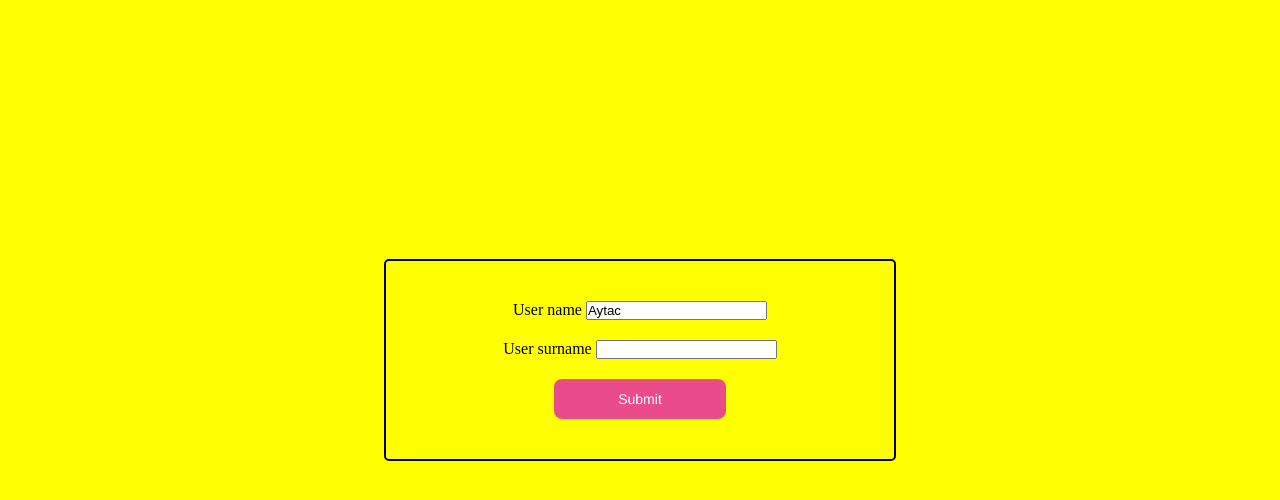
Repository: AytacSafarova/Figma--task
Page: index.html
The author's editor kept a copy of each file at every save. The page is drawn from the files as they stood at one save, then again after a run of saves.
The browser window is 1280 px wide. The pictures show the whole page.
The pointer rests on the first visible `input:first-child`.

Above is the page before, as saved 2023-08-04 15:49:03.

After the next 6 saves:
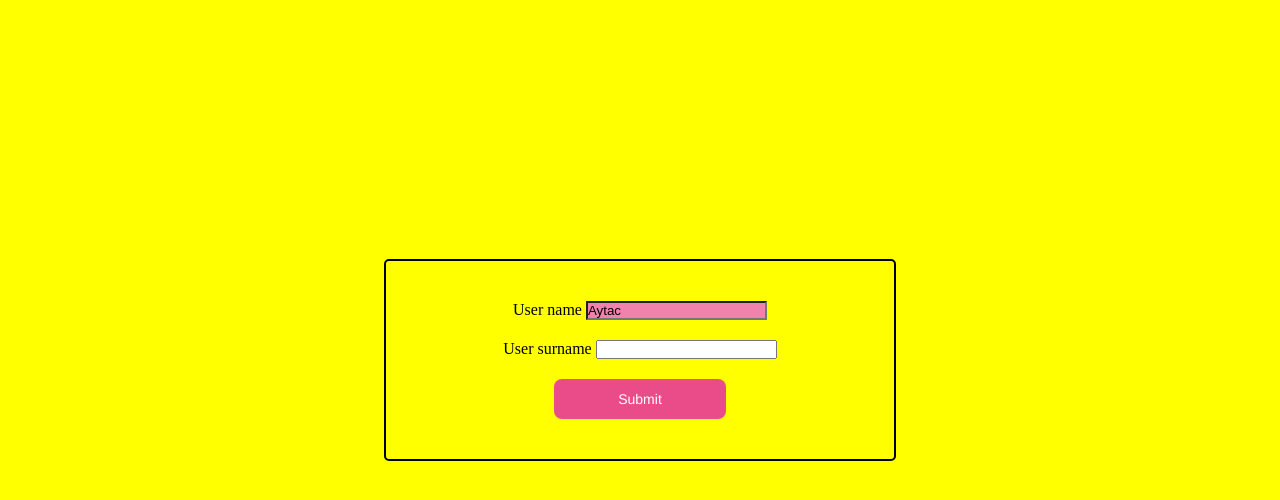
The 6 saves are shown as one change because they came seconds apart.
The last was saved 37 s later.
--- a/index.css
+++ b/index.css
@@ -116,3 +116,7 @@ gap: 20px;
 .button-1:focus {
   background-color: #F082AC;
 }
+
+input:first-child:hover{
+background-color: #F082AC;
+}
